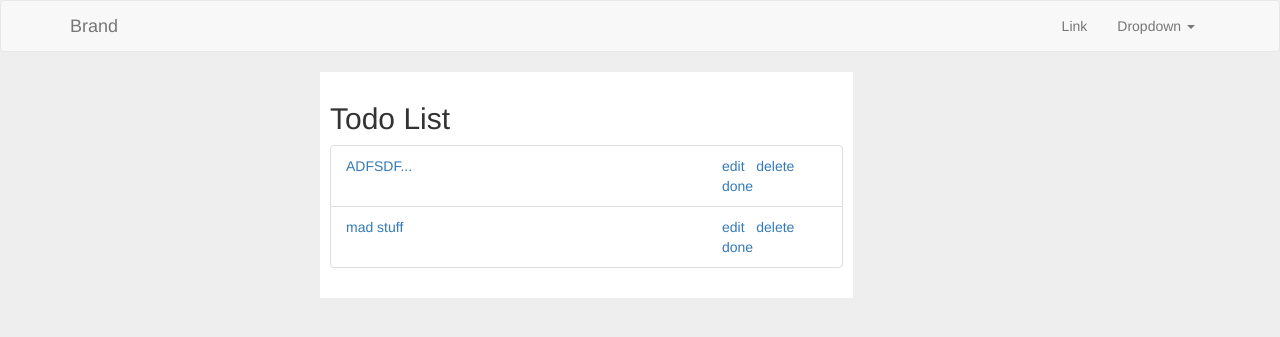
Repository: neoighodaro-articles/migrating-to-laravel
Page: http://localhost/pages/home.php
An editor plug-in stored every save of this project. The page is shown before and after the next save, followed by the edit.
The browser window is 1280 px wide. The pictures show the whole page.
The page is run by PHP 8.4 with error messages shown; the project is at /var/www/html/. The database holds what the project's SQL file puts in it.

Above is the page before, as saved 2018-06-12 20:20:28.

### vanilla/pages/home.php
<?php require_once '../functions.php'; ?>
<!DOCTYPE html>
<html lang="en">
<head>
  <meta charset="UTF-8">
  <meta name="viewport" content="width=device-width, initial-scale=1.0">
  <meta http-equiv="X-UA-Compatible" content="ie=edge">
  <title>Todo Home</title>
  <link rel="stylesheet" href="https://maxcdn.bootstrapcdn.com/bootstrap/3.3.7/css/bootstrap.min.css" integrity="sha384-BVYiiSIFeK1dGmJRAkycuHAHRg32OmUcww7on3RYdg4Va+PmSTsz/K68vbdEjh4u" crossorigin="anonymous">
  <style>
    body {
      background: #EEE;
    }
    .todo__no__space{
      padding-left: 0px;
      padding-right: 0px;
    }
  </style>
</head>
<body>
<nav class="navbar navbar-default">
  <div class="container">
    <!-- Brand and toggle get grouped for better mobile display -->
    <div class="navbar-header">
      <button type="button" class="navbar-toggle collapsed" data-toggle="collapse" data-target="#bs-example-navbar-collapse-1" aria-expanded="false">
        <span class="sr-only">Toggle navigation</span>
        <span class="icon-bar"></span>
        <span class="icon-bar"></span>
        <span class="icon-bar"></span>
      </button>
      <a class="navbar-brand" href="#">Brand</a>
    </div>

    <!-- Collect the nav links, forms, and other content for toggling -->
    <div class="collapse navbar-collapse" id="bs-example-navbar-collapse-1">

      <ul class="nav navbar-nav navbar-right">
        <li><a href="#">Link</a></li>
        <li class="dropdown">
          <a href="#" class="dropdown-toggle" data-toggle="dropdown" role="button" aria-haspopup="true" aria-expanded="false">Dropdown <span class="caret"></span></a>
          <ul class="dropdown-menu">
            <li><a href="#">Action</a></li>
            <li><a href="#">Another action</a></li>
            <li><a href="#">Something else here</a></li>
            <li role="separator" class="divider"></li>
            <li><a href="#">Separated link</a></li>
          </ul>
        </li>
      </ul>
    </div><!-- /.navbar-collapse -->
  </div><!-- /.container-fluid -->

</nav>

  <div class="col-md-5 col-md-offset-3" style="background: #FFF;padding: 10px">
    <h2>Todo List</h2>

    <?php
      $query = $pdo->prepare('SELECT * FROM todos WHERE user_id=?');
      $query->execute(['abiodun@hotels.ng']);

      if( $query->rowCount() > 0 ):
    ?>
    <ul class="list-group">

     <?php while($fetch = $query->fetch()): ?>
      <li class="list-group-item">
        <div class="col-md-9 todo__no__space">
          <a href="?rel=more"><?php echo $fetch['title'] ?></a>
        </div>
        <div class="col-md-3">
          <a href="?rel=edit">edit</a> &nbsp;
          <a href="?rel=delete">delete</a> &nbsp;
          <a href="?rel=done">done</a>
        </div>
        <div class="clearfix"></div>
      </li>
      <?php endwhile ?>
    </ul>
    <?php else: ?>
        <p>No Todos Available </p>
   <?php endif ?>
  </div>
</body>
</html>

### vanilla/functions.php
<?php
 $host = 'localhost';
 $dbname= 'vanilla';
 $user   = 'root';
 $pwd    = 'root';

 try{
   $pdo = new PDO('mysql:host='. $host. ';dbname='. $dbname, $user, $pwd);
  //  echo "connected";
 } catch(PDOException $e) {
   echo "Unable to connect" . $e->getMessage();
 }

### vanilla/vanilla.sql (the tables this page reads)
CREATE TABLE `todos` (
  `id` int(11) NOT NULL,
  `user_id` varchar(100) NOT NULL,
  `title` text NOT NULL,
  `completed` tinyint(1) NOT NULL,
  `created_at` timestamp NOT NULL DEFAULT CURRENT_TIMESTAMP
) ENGINE=InnoDB DEFAULT CHARSET=latin1;

INSERT INTO `todos` (`id`, `user_id`, `title`, `completed`, `created_at`) VALUES
(7, 'abiodun@hotels.ng', 'ADFSDF...', 0, '2018-06-12 21:06:20'),
(8, 'abiodun@hotels.ng', 'mad stuff', 0, '2018-06-12 21:06:28'),
(9, 'omotbaby100@gmail.com', 'testing stuff', 0, '2018-06-12 21:53:57'),
(10, 'omotbaby100@gmail.com', 'testing stuff two...', 0, '2018-06-12 21:54:06');

ALTER TABLE `todos`
  ADD PRIMARY KEY (`id`);

ALTER TABLE `todos`
  MODIFY `id` int(11) NOT NULL AUTO_INCREMENT, AUTO_INCREMENT=11;

After the next save:
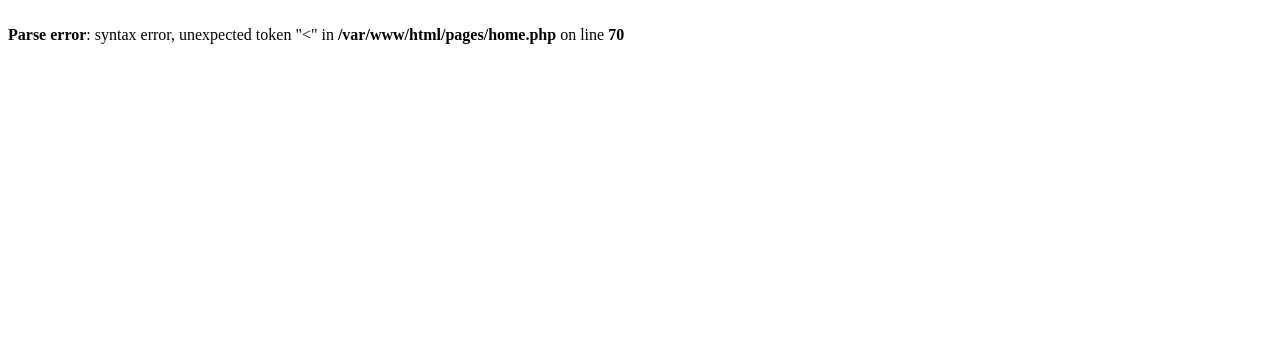
Saved 2 min 4 s later.
--- a/vanilla/pages/home.php
+++ b/vanilla/pages/home.php
@@ -66,6 +66,7 @@
      <?php while($fetch = $query->fetch()): ?>
       <li class="list-group-item">
         <div class="col-md-9 todo__no__space">
+          <?php if( isset($_GET['']))
           <a href="?rel=more"><?php echo $fetch['title'] ?></a>
         </div>
         <div class="col-md-3">

After the save that followed:
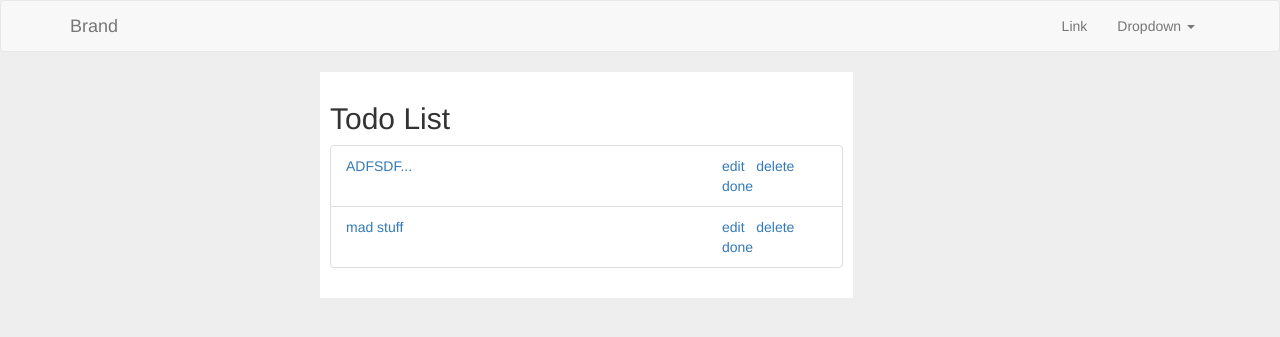
Saved 80 s later.
--- a/vanilla/pages/home.php
+++ b/vanilla/pages/home.php
@@ -66,8 +66,13 @@
      <?php while($fetch = $query->fetch()): ?>
       <li class="list-group-item">
         <div class="col-md-9 todo__no__space">
-          <?php if( isset($_GET['']))
-          <a href="?rel=more"><?php echo $fetch['title'] ?></a>
+          <?php if( isset($_GET['rel']) and $_GET['rel'] == 'edit'): ?>
+
+          <?php else: ?>
+            <a href="?rel=more">
+              <?php echo $fetch['title'] ?>
+            </a>
+          <?php endif ?>
         </div>
         <div class="col-md-3">
           <a href="?rel=edit">edit</a> &nbsp;
